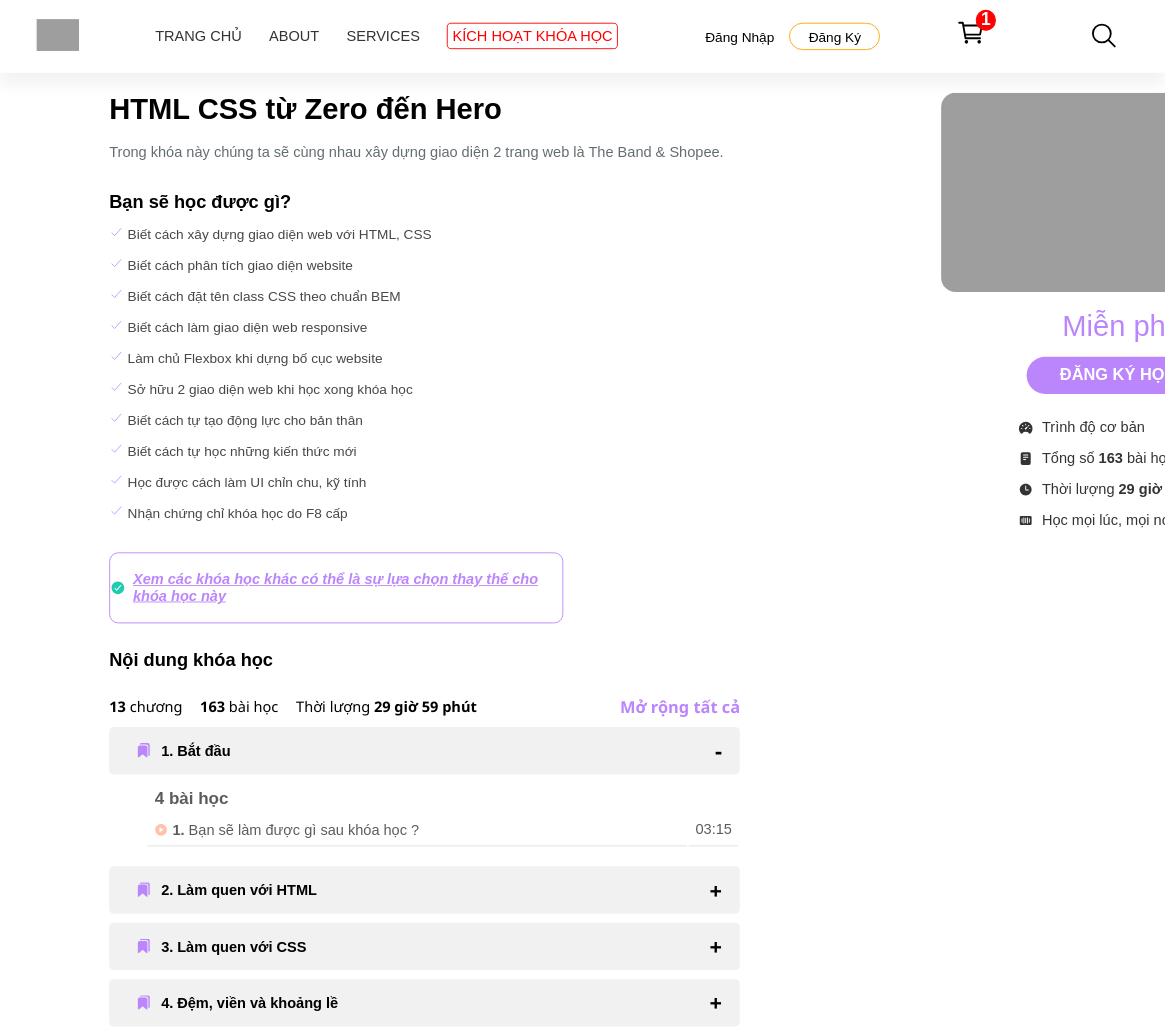
Repository: hoanghuuphuc/hoanghuuphuc
Page: details.html
These files come from the project's save history. The page is drawn as it stood at one moment and after the next save; the edit follows.
The browser window is 1280 px wide. The pictures show the whole page, at 91% of full size.
Empty fields were first filled with sample values (such as "Sample", 5 or name@example.com).
After loading, the first visible `div.contentBx` was clicked once.
Pictures or frames that could not be fetched are drawn as grey boxes.

Above is the page before, as saved 2022-12-12 00:52:30.
Console error: TypeError: Cannot read properties of null (reading 'style')

After the next save:
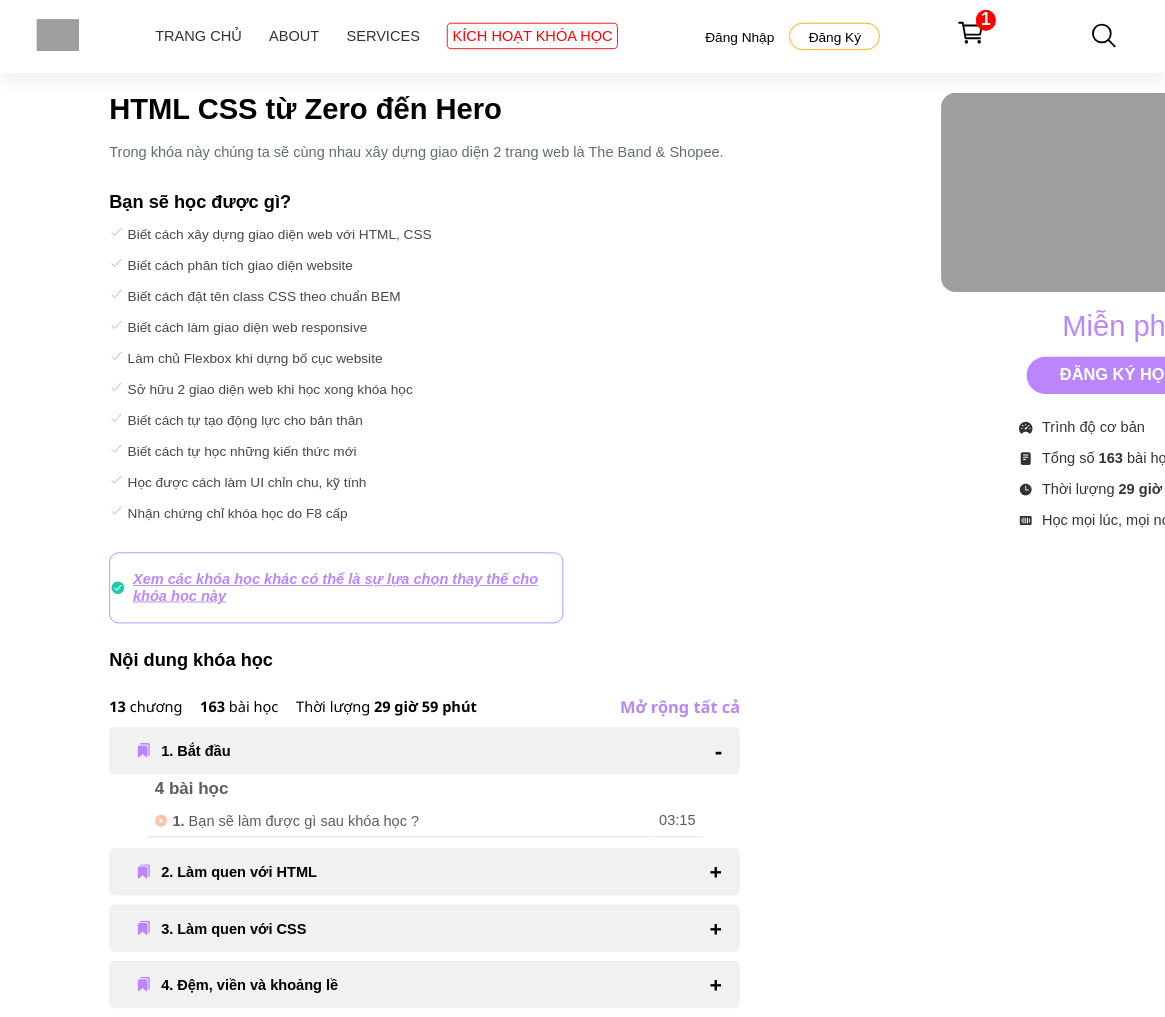
Saved 93 s later.
--- a/style.css
+++ b/style.css
@@ -795,13 +795,13 @@ footer {
   overflow: hidden;
   transition: 0.5s;
   overflow-y: auto;
-  padding-left: 20px;
+  padding: 0 20px;
   opacity: 0.8;
 }
 .accordion .contentBx.active .accordion-content {
   height: auto;
   padding: 5px 0;
-  padding-left: 20px;
+  padding: 0 20px;
 }
 .accordion .contentBx.active .accordion-label::before {
   content: "-";
